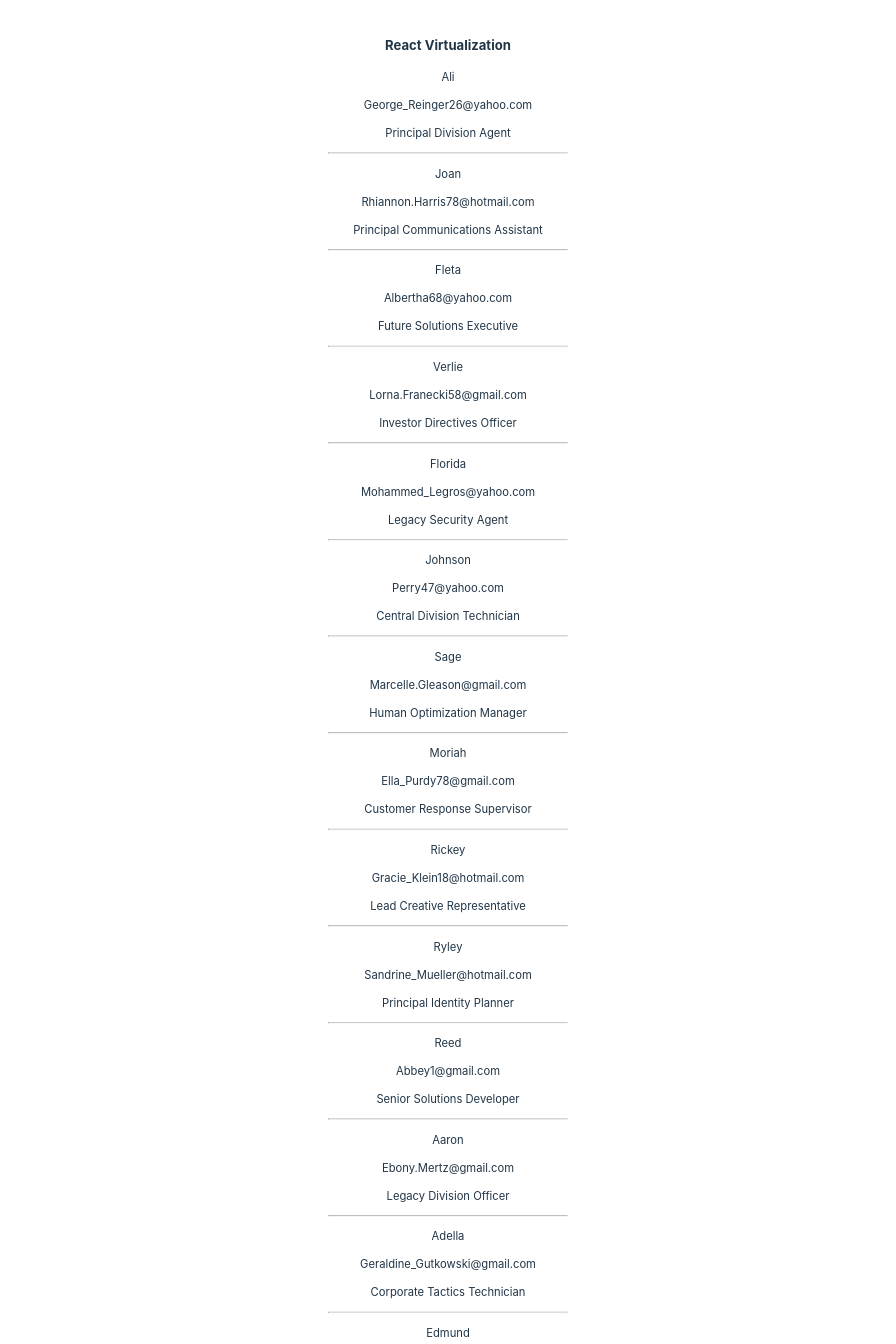
Repository: JasonMorta/React-Virtulized
Page: / (app in react-vitualization/)
The author's editor kept a copy of each file at every save. The page is drawn from the files as they stood at one save, then again after the next save.
The browser window is 1280 px wide. The pictures show the part of the page from y = 0 to 1920 px (the page is 138122 px tall before and 13922 px after), at 70% of full size.
The project was rebuilt for these pictures with package versions that can differ from the ones it lists, and the page was loaded fresh each time. Also part of the build but not shown: react-vitualization/vite.config.ts.

Above is the page before, as saved 2024-05-10 15:54:20.

After the next save:
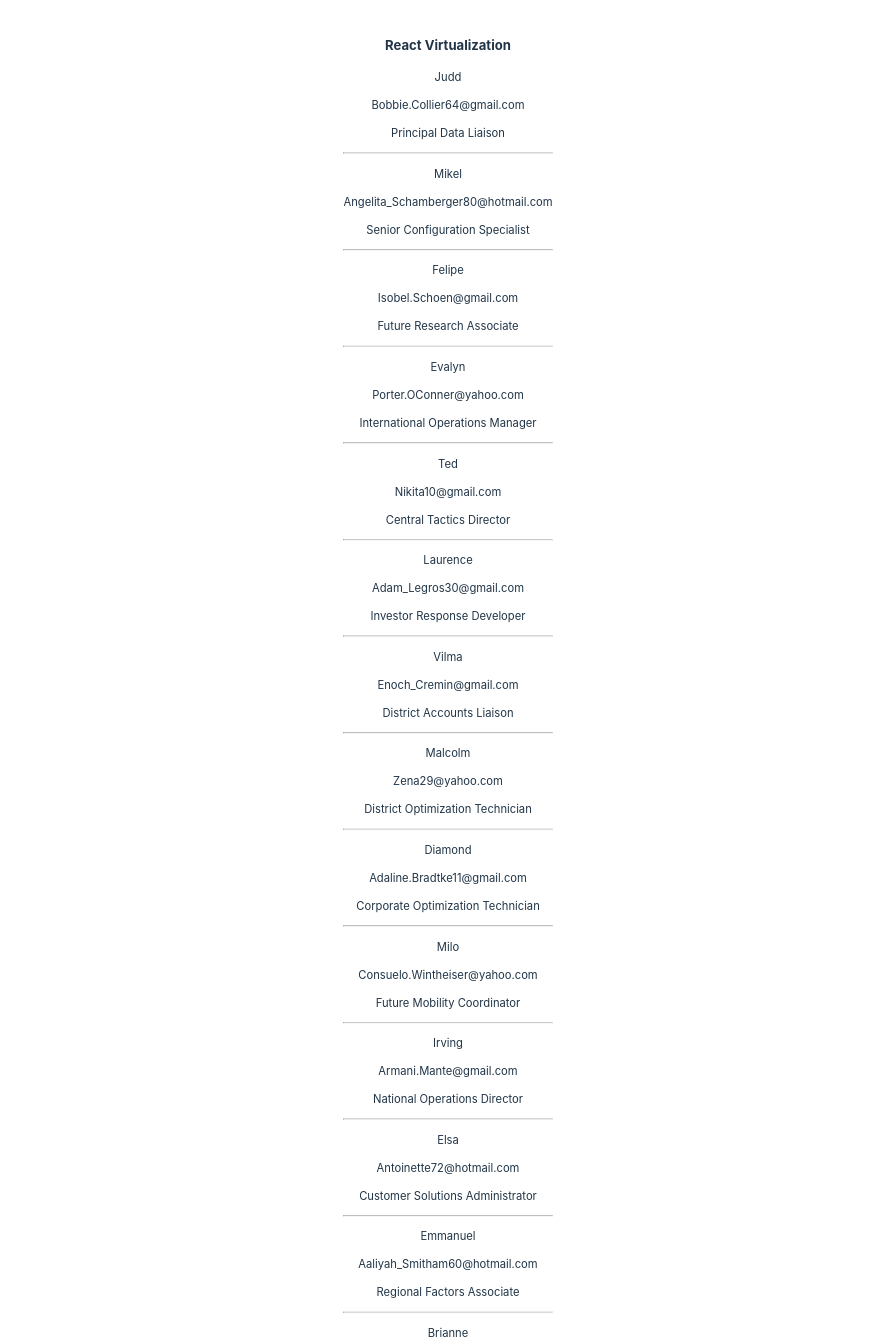
Saved 101 s later.
--- a/react-vitualization/src/App.tsx
+++ b/react-vitualization/src/App.tsx
@@ -17,7 +17,7 @@ function App() {
 
   useEffect(() => {
     // Generate data array
-    const data = [...Array(1000).keys()].map((key) => ({
+    const data = [...Array(100).keys()].map((key) => ({
       id: key,
       name: faker.person.firstName(),
       email: faker.internet.email(),
